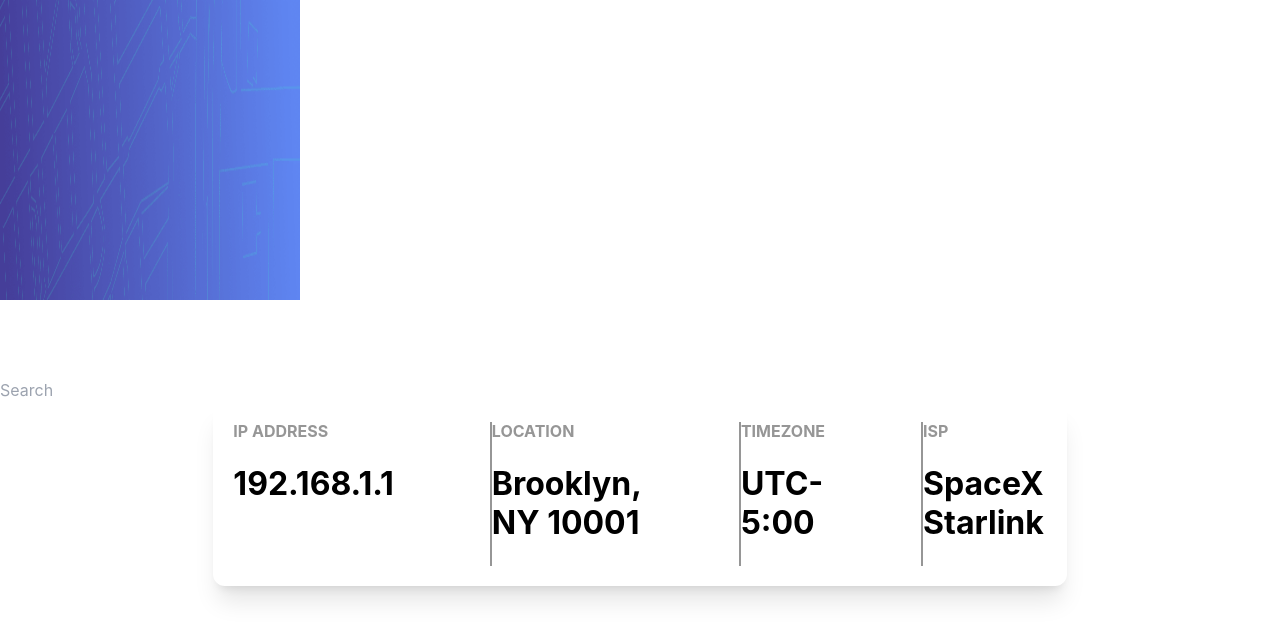
Repository: Dealsy/IP-Tracker
Page: /
The author's editor kept a copy of each file at every save. The page is drawn from the files as they stood at one save, then again after the next save.
The browser window is 1280 px wide. The pictures show the whole page.
The project was rebuilt for these pictures with package versions that can differ from the ones it lists, and the page was loaded fresh each time. The framework's server and built-in components were replaced by stand-ins that run in the browser. Also part of the build but not shown: next.config.js.

Above is the page before, as saved 2022-04-21 21:41:32.

### pages/index.js
import Head from "next/head";
import Image from "next/image";
import Backdrop from "../images/pattern-bg.png";

export default function Home() {
  return (
    <div>
      <Head>
        <title>Create Next App</title>
        <meta name="description" content="Generated by create next app" />
        <link rel="icon" href="/favicon.ico" />
      </Head>

      <main>
        <div>
          <Image
            src={Backdrop}
            alt="Picture of backdrop"
            width={300}
            height={300}
          />

          <h1 className="text-white">IP Address Tracker</h1>
          <input type="search" placeholder="Search" />
        </div>
        <div className="flex flex-row justify-evenly border-0 shadow-xl w-4/6 m-auto rounded-xl p-5">
          <div className=" border-r-2 border-Gray pr-24">
            <h3>IP ADDRESS</h3>
            <h2> 192.168.1.1 </h2>
          </div>
          <div className=" border-r-2 border-Gray pr-24">
            <h3> LOCATION </h3>
            <h2> Brooklyn, NY 10001 </h2>
          </div>
          <div className=" border-r-2 border-Gray pr-24">
            <h3>TIMEZONE</h3>
            <h2> UTC-5:00 </h2>
          </div>
          <div>
            <h3>ISP</h3>
            <h2>SpaceX Starlink</h2>
          </div>
        </div>
      </main>

      <footer></footer>
    </div>
  );
}

### styles/globals.css
@tailwind base;
@tailwind components;
@tailwind utilities;


h1 {
  font-size: 2.5rem;
  font-weight: 700;
  line-height: 1.2;
  margin-bottom: 1.5rem;
}

h2 {
  font-size: 2rem;
  font-weight: 700;
  line-height: 1.2;
  margin-bottom: 1.5rem;
}

h3 {
  font-size: 1rem;
  font-weight: 700;
  line-height: 1.2;
  margin-bottom: 1.5rem;
  color: #969696;
}


html,
body {
  padding: 0;
  margin: 0;
  font-family: -apple-system, BlinkMacSystemFont, Segoe UI, Roboto, Oxygen,
    Ubuntu, Cantarell, Fira Sans, Droid Sans, Helvetica Neue, sans-serif;
}

a {
  color: inherit;
  text-decoration: none;
}

* {
  box-sizing: border-box;
}

### tailwind.config.js
module.exports = {
  content: [
    "./pages/**/*.{js,ts,jsx,tsx}",
    "./components/**/*.{js,ts,jsx,tsx}",
  ],
  theme: {
    extend: {
      colors: {
        "Dark-Gray": "#2b2b2b",
        Gray: "#969696",
      },
    },
  },
  plugins: [],
};

Loaded but not shown: pages/_app.js (common file)

After the next save:
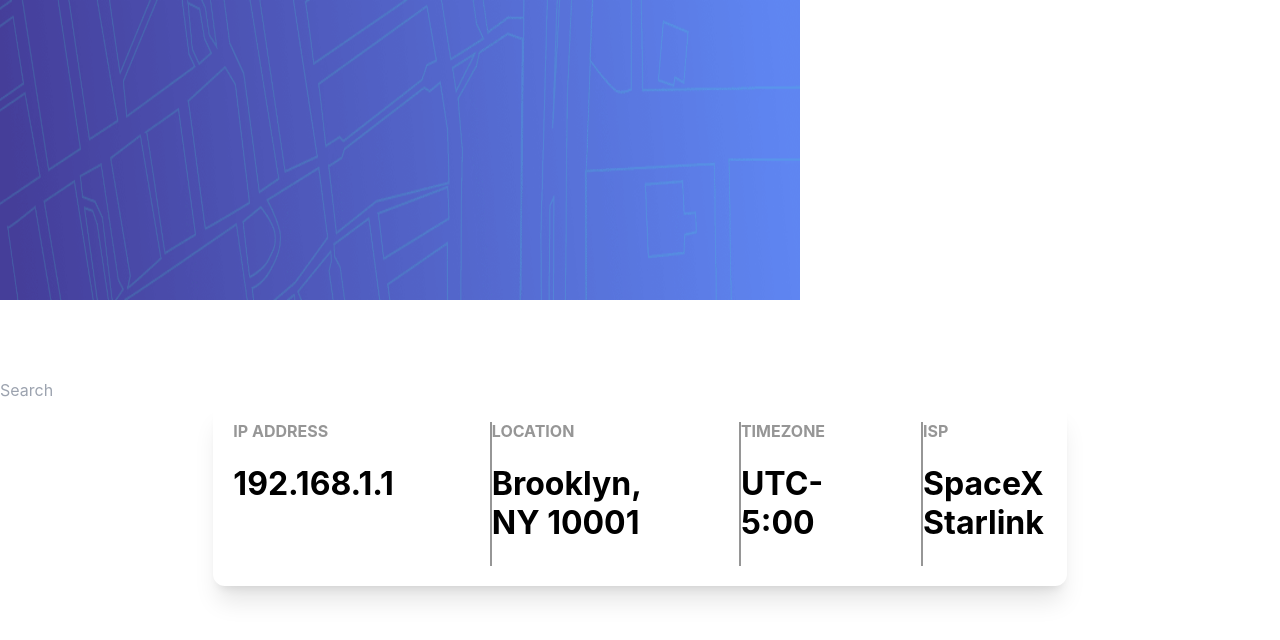
Saved 16 s later.
--- a/pages/index.js
+++ b/pages/index.js
@@ -16,7 +16,7 @@ export default function Home() {
           <Image
             src={Backdrop}
             alt="Picture of backdrop"
-            width={300}
+            width={800}
             height={300}
           />
 
